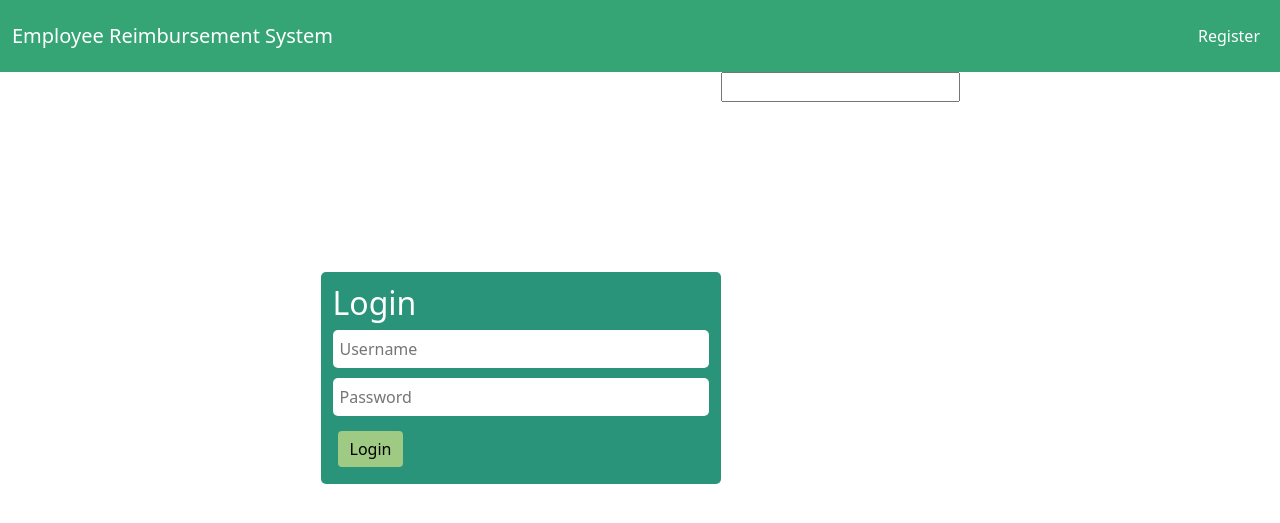
Repository: ChrisRod1212/FullStackJavaProject1
Page: src/main/resources/index.html
An editor plug-in stored every save of this project. The page is shown before and after the next save, followed by the edit.
The browser window is 1280 px wide. The pictures show the whole page.

Above is the page before, as saved 2022-03-24 23:10:09.

After the next save:
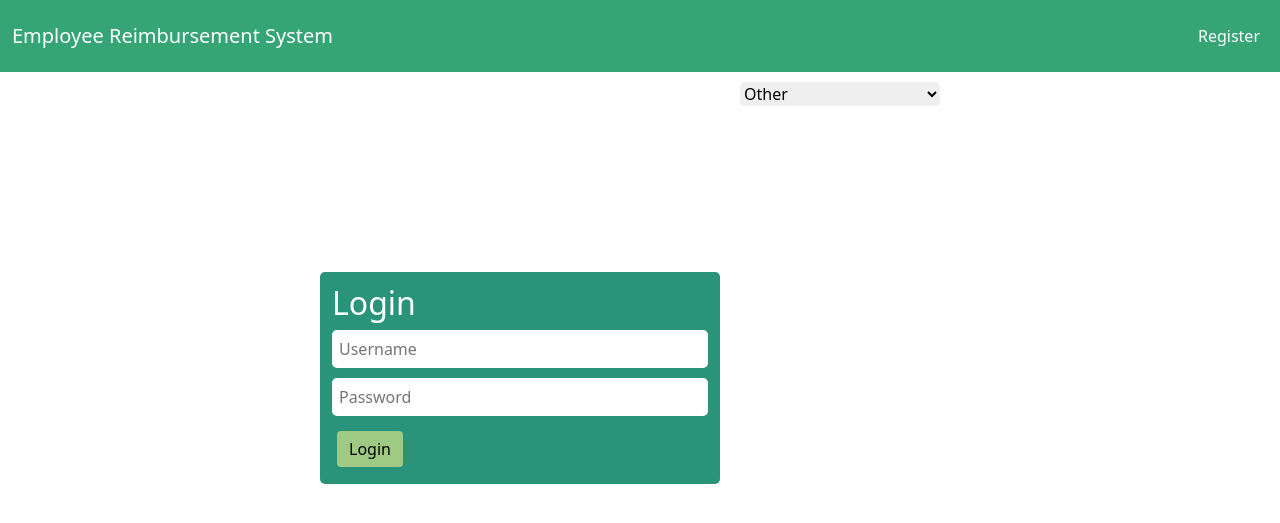
Saved 4 min 3 s later.
--- a/src/main/resources/index.html
+++ b/src/main/resources/index.html
@@ -44,9 +44,13 @@
           </form>
 
           <div>
-            <form >
-              <input type="">
-            </form>
+            <select class= "form-input" id="reimbType" placeholder="Reimbursement Type" required>
+              <option value=4>Other</option>
+              <option value=0>Transportation</option>
+              <option value=1>Food</option>
+              <option value=2>Lodging</option>
+              <option value=3>Medical</option>
+            </select>
           </div>
       </div>
     <script src="https://cdn.jsdelivr.net/npm/bootstrap@5.1.3/dist/js/bootstrap.bundle.min.js" integrity="sha384-ka7Sk0Gln4gmtz2MlQnikT1wXgYsOg+OMhuP+IlRH9sENBO0LRn5q+8nbTov4+1p" crossorigin="anonymous"></script>
